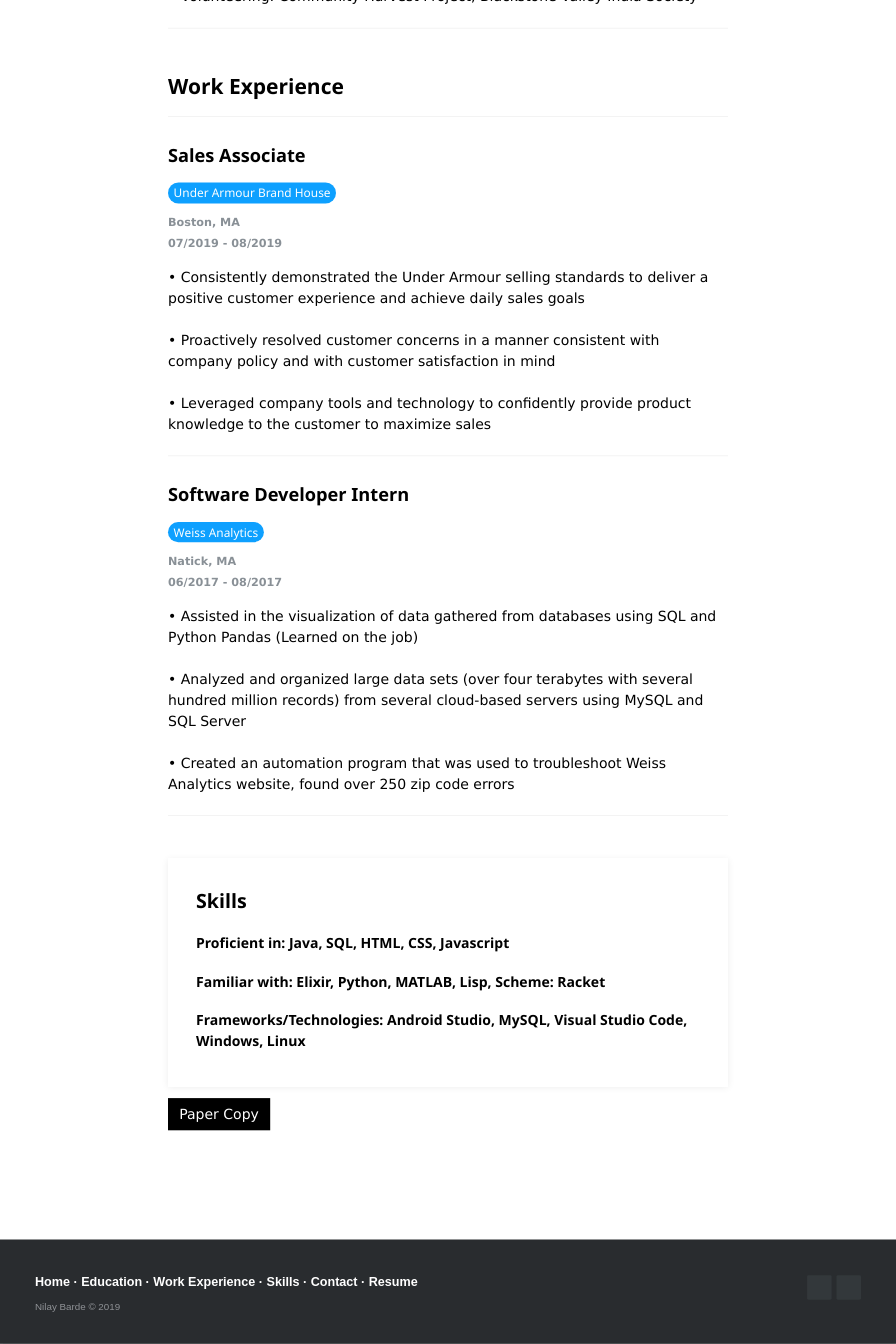
Repository: NilayBarde/Personal-Website
Page: cv.html
The author's editor kept a copy of each file at every save. The page is drawn from the files as they stood at one save, then again after the next save.
The browser window is 1280 px wide. The pictures show the part of the page from y = 924 to 2844 px (the page is 2844 px tall), at 70% of full size.
Some web libraries are served in a nearby version.

Above is the page before, as saved 2019-10-01 15:36:33.

### cv.html
<!DOCTYPE html>
<html>

<head>
    <meta charset="utf-8">
    <meta name="viewport" content="width=device-width, initial-scale=1">
    <title>Nilay Barde | Software Developer</title>
    <link rel="stylesheet" href="assets/css/style.css">
    <!-- <link rel="stylesheet" href="https://cdnjs.cloudflare.com/ajax/libs/font-awesome/4.7.0/css/font-awesome.min.css"> -->
    <link rel="stylesheet" href="assets/css/style2.css">
</head>

<body>
    <!-- Top Navigation Menu -->
    <div class="hide-medium hide-large">
        <div class="topnav" id="topnav">
            <a href="index2.html" class="active">Nilay Barde</a>
            <div id="myLinks">
                <a href="#education">Education</a>
                <a href="#work-experience">Work Experience</a>
                <a href="#skills">Skills</a>
                <a href="mailto: nilaybarde@gmail.com">Contact</a>
                <a href="index2.html">Home</a>
            </div>
            <a href="javascript:void(0);" class="icon" onclick="myFunction()">
                <i class="fa fa-bars"></i>
            </a>
        </div>
    </div>



    <!-- Navbar -->
    <div class="navbar">
        <div class="bar white wide padding card hide-small">
            <a href="index2.html" class="nav-bar-item nav-bar-button">Nilay Barde</a>
            <div class="nav-bar-right hide-small">
                <a href="#education" class="nav-bar-item nav-bar-button">Education</a>
                <a href="#work-experience" class="nav-bar-item nav-bar-button">Work Experience</a>
                <a href="#skills" class="nav-bar-item nav-bar-button">Skills</a>
                <a href="mailto: nilaybarde@gmail.com" class="nav-bar-item nav-bar-button">Contact</a>
                <a href="index2.html" id="resume" class="nav-bar-item nav-bar-button">Home</a>
            </div>
        </div>
    </div>

    <section class="cv-block info">
        <div class="container">
            <div class="education group" id="education">
                <h2 class="text-center">Education</h2>
                <div class="item">
                    <div class="row">
                        <div class="col-md-6">
                            <h3>B.S. Computer Science with Finance</h3>
                            <h4 class="organization">Northeastern University</h4>
                        </div>
                        <div class="col-md-6">
                            <time class="period">Boston, MA<br>09/2018 - 12/2022</time>
                        </div>
                    </div>
                    <p class="text-muted">• Relevant Courses: Web Development (Graduate Level), Fundamentals of Computer Science II, Database Design, Macroeconomics, Microeconomics, Financial Management, Management of Information Systems, Business Statistics
                        <br><br>• Awards and Activities: Phi Delta Theta – Community Service Vice President, Hope Loves Company Volunteer, GCP Applied Technologies Scholarship
                    </p>
                </div>
                <div class="item">
                    <div class="row">
                        <div class="col-md-6">
                            <h3>High School</h3>
                            <h4 class="organization">Massachusetts Academy of Math and Science at WPI</h4>
                        </div>
                        <div class="col-md-6">
                            <time class="period">Worcester, MA<br>08/2016 - 05/2018</time>
                        </div>
                    </div>
                    <p class="text-muted">• Relevant Courses: Program Design, Object-Orientated Design Concepts, Calculus I, II, III, IV, Discrete Mathematics, Algorithms
                        <br><br>• Volunteering: Community Harvest Project, Blackstone Valley India Society
                    </p>
                </div>
            </div>
            <div class="work-experience group" id="work-experience">
                <h2 class="text-center">Work Experience</h2>
                <div class="item">
                    <div class="row">
                        <div class="col-md-6">
                            <h3>Sales Associate</h3>
                            <h4 class="organization">Under Armour Brand House</h4>
                        </div>
                        <div class="col-md-6">
                            <time class="period">Boston, MA<br>07/2019 - 08/2019</time>
                        </div>
                    </div>
                    <p class="text-muted">• Consistently demonstrated the Under Armour selling standards to deliver a positive customer experience and achieve daily sales goals
                        <br><br>• Proactively resolved customer concerns in a manner consistent with company policy and with customer satisfaction in mind
                        <br><br>• Leveraged company tools and technology to confidently provide product knowledge to the customer to maximize sales
                    </p>
                </div>
                <div class="item">
                    <div class="row">
                        <div class="col-md-6">
                            <h3>Software Developer Intern</h3>
                            <h4 class="organization">Weiss Analytics</h4>
                        </div>
                        <div class="col-md-6">
                            <time class="period">Natick, MA<br>06/2017 - 08/2017</time>
                        </div>
                    </div>
                    <p class="text-muted">• Assisted in the visualization of data gathered from databases using SQL and Python Pandas (Learned on the job)
                        <br><br>• Analyzed and organized large data sets (over four terabytes with several hundred million records) from several cloud-based servers using MySQL and SQL Server
                        <br><br>• Created an automation program that was used to troubleshoot Weiss Analytics website, found over 250 zip code errors
                    </p>
                </div>
                <div class="group" id="skills">
                    <div class="row">
                        <div class="col-md-6">
                            <div class="skills info-card">
                                <h2>Skills</h2>
                                <h3>Proficient in: Java, SQL, HTML, CSS, Javascript</h3>
                                <h3>Familiar with: Elixir, Python, MATLAB, Lisp, Scheme: Racket</h3>
                                <h3>Frameworks/Technologies: Android Studio, MySQL, Visual Studio Code, Windows, Linux</h3>
                            </div>
                        </div>
                    </div>
                </div>
                <a href="Barde_Nilay_Resume.pdf" target=blank><button class="nav-bar-button black section"> Paper Copy <i
              class="far fa-file"></i>
          </button></a>


            </div>
    </section>
    <footer class="footer-distributed">

        <div class="footer-right">

            <a href="https://www.linkedin.com/in/nilaykbarde/" target=blank><i class="fab fa-linkedin"></i></a>
            <a href="https://github.com/NilayBarde" target=blank><i class="fab fa-github"></i></a>

        </div>

        <div class="footer-left">

            <p class="footer-links">
                <a href="index2.html" id=homefooter>Home</a> ·
                <a href="#education" id=educationfooter>Education</a> ·
                <a href="#work-experience" id=workexperiencefooter>Work Experience</a> ·
                <a href="#skills" id=skillsfooter>Skills</a> ·
                <a href="mailto: nilaybarde@gmail.com" id=contactfooter>Contact</a> ·
                <a href="cv.html" target=blank id=resumefooter>Resume</a>
            </p>

            <p>Nilay Barde &copy; 2019</p>
        </div>

    </footer>

    </main>
</body>
<script src="https://code.jquery.com/jquery-3.2.1.min.js"></script>
<script src="assets/js/script.js"></script>

</html>

### assets/css/style.css
@import url("https://fonts.googleapis.com/css?family=Lato:300,400");
body {
    font-family: 'Lato', sans-serif;
}

.cv-block {
    padding-bottom: 60px;
    padding-top: 60px;
}

.cv-block.info {
    padding-top: 70px;
}

.cv-block.info h2 {
    font-weight: bold;
    margin-bottom: 20px;
}

.cv-block.info h3 {
    font-size: 1.3rem;
}

.cv-block.info .group {
    max-width: 800px;
    margin: auto;
}

.cv-block.info .group:not(:first-child) {
    margin-top: 60px;
}

.cv-block.info .group .period {
    font-size: 0.8rem;
    float: none;
    font-weight: bold;
    margin-top: 4px;
    color: #6c757d;
    opacity: 0.8;
}

.cv-block.info .group .organization {
    font-size: 0.85em;
    background-color: #0ea0ff;
    display: inline-block;
    color: #fff;
    padding: 2px 8px;
    border-radius: 2em;
}

.cv-block.info .education.group .organization {
    background-color: #20c997;
}

.cv-block.info .group .item {
    padding-bottom: 10px;
    margin-bottom: 25px;
    border-bottom: 1px solid #eee;
}

.cv-block.info .group h2+.item {
    padding-top: 25px;
    border-top: 1px solid #eee;
}

.cv-block.info .group .item .row {
    margin-bottom: 5px;
}

.cv-block.info .work-experience h3,
.cv-block.info .education h3 {
    font-weight: bold;
}

.cv-block .info-card {
    padding: 40px;
    box-shadow: 0px 2px 10px rgba(0, 0, 0, 0.075);
    height: 100%;
}

.cv-block .info-card h2 {
    margin-top: 0;
    margin-bottom: 24px;
    font-size: 1.4rem;
}

.cv-block .info-card.skills h3 {
    margin-top: 25px;
    font-size: 1rem;
    font-weight: bold;
}

.cv-block .info-card.skills .progress {
    height: 3px;
}

.cv-block .info-card.contact-info .icon {
    font-size: 1.3em;
    color: #c9c9c9;
    position: relative;
    bottom: 4px;
}

.cv-block.info .hobbies p {
    max-width: 700px;
    margin: auto;
    font-size: 1.2em;
}

.page-footer {
    padding-top: 32px;
    border-top: 1px solid #ddd;
    text-align: center;
    padding-bottom: 20px;
}

.page-footer a {
    display: inline-block;
    margin: 0px 10px;
    color: #282b2d;
    font-size: 18px;
}

.page-footer .links {
    display: inline-block;
}

#educationfooter:hover,
#workexperiencefooter:hover,
#skillsfooter:hover {
    color: #E31B6D;
}

.page-footer .social-icons {
    margin-top: 20px;
    margin-bottom: 16px;
}

.page-footer .social-icons a {
    font-size: 18px;
    margin: 0 3px;
    color: #ffffff;
    border: 1px solid;
    opacity: 0.75;
    border-radius: 50%;
    width: 36px;
    display: inline-block;
    height: 36px;
    text-align: center;
    background-color: #c5c9d2;
    line-height: 34px;
}

.page-footer .social-icons a:hover {
    opacity: 1;
}

Loaded but not shown: assets/js/script.js (48 lines, source omitted); assets/css/style2.css (2100 lines, source omitted)

After the next save:
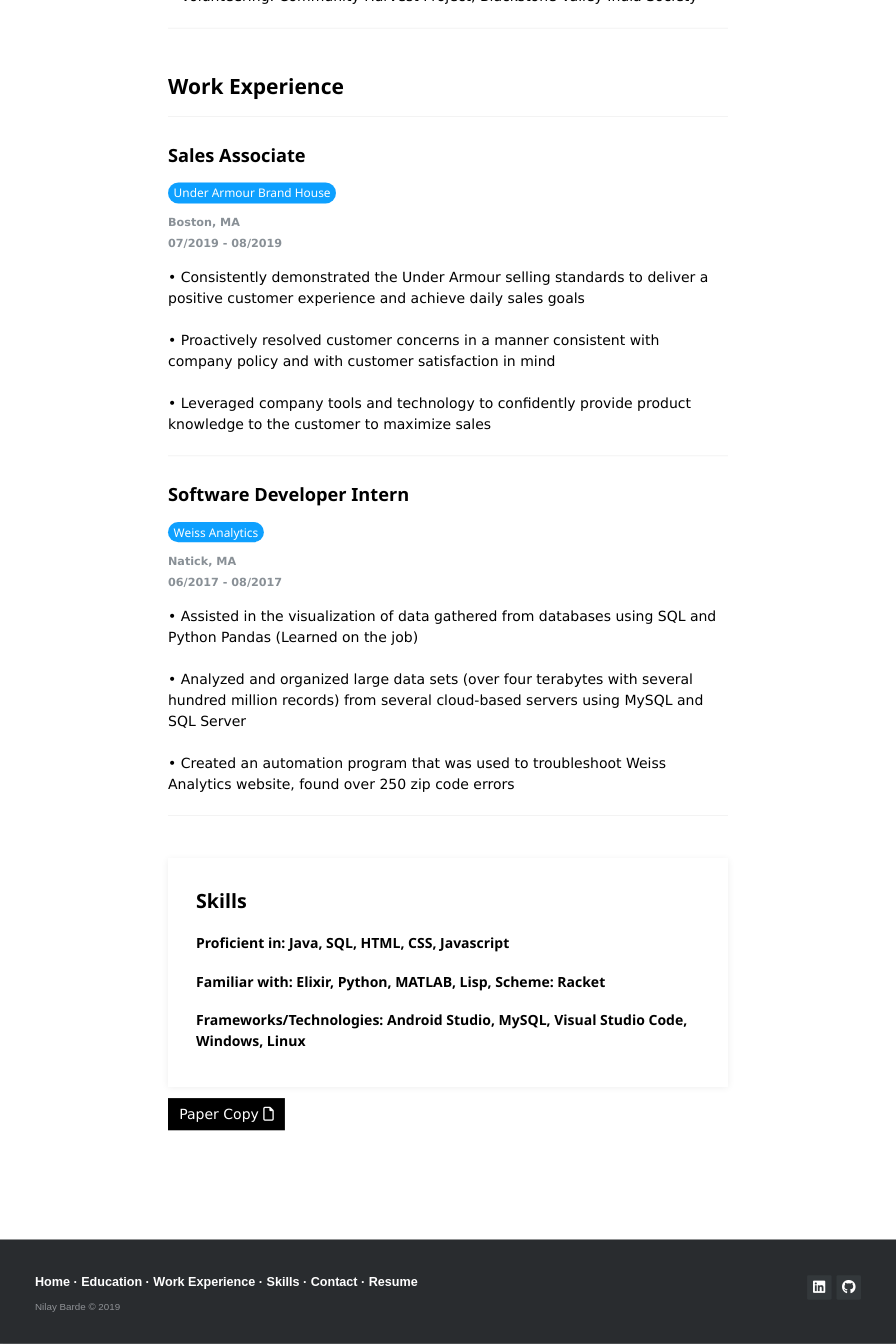
Saved 16 s later.
--- a/cv.html
+++ b/cv.html
@@ -6,6 +6,7 @@
     <meta name="viewport" content="width=device-width, initial-scale=1">
     <title>Nilay Barde | Software Developer</title>
     <link rel="stylesheet" href="assets/css/style.css">
+    <script src="https://kit.fontawesome.com/a695053543.js"></script>
     <!-- <link rel="stylesheet" href="https://cdnjs.cloudflare.com/ajax/libs/font-awesome/4.7.0/css/font-awesome.min.css"> -->
     <link rel="stylesheet" href="assets/css/style2.css">
 </head>
